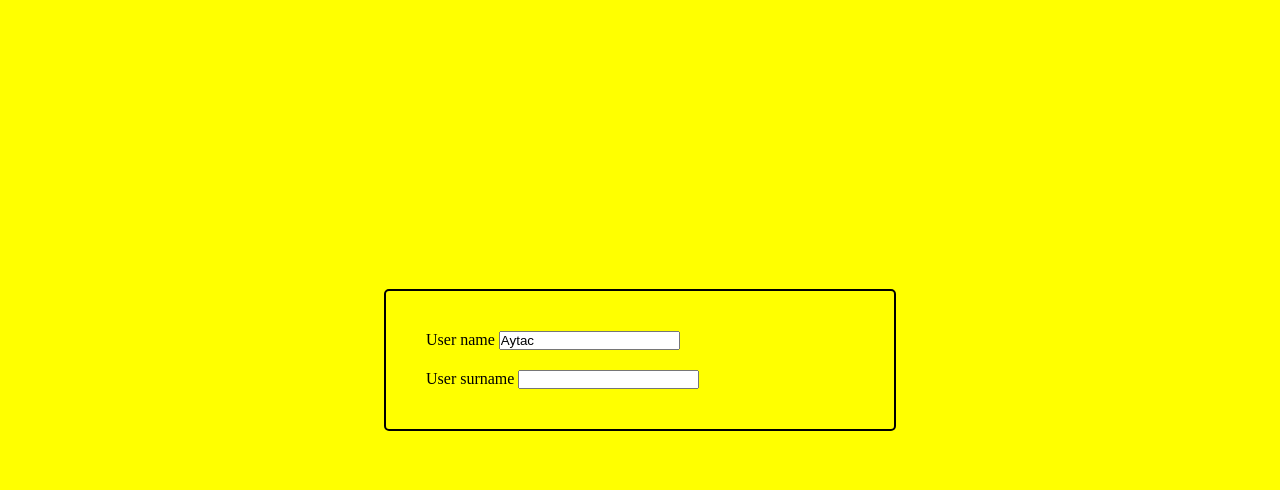
Repository: AytacSafarova/Figma--task
Page: index.html
These files come from the project's save history. The page is drawn as it stood at one moment and after a run of saves; the edit follows.
The browser window is 1280 px wide. The pictures show the whole page.

Above is the page before, as saved 2023-08-04 15:44:38.

### index.html
<!DOCTYPE html>
<html lang="en">

<head>
    <meta charset="UTF-8">
    <meta name="viewport" content="width=device-width, initial-scale=1.0">
    <title>Document</title>
    <link rel="stylesheet" href="./index.css">
</head>
<body>
    <div class="container">
     <form action="">
        <label for="user-name">
            User name
            <input placeholder="adi daxil edin" name="user-name" type="text" value="Aytac">
        </label>
        <label for="user-surname">
            User surname
            <input name="user-surname" type="text">
        </label>
     </form>
    </div>
</body>
<script src="index.js"></script>

</html>

### index.css
@import url("https://fonts.googleapis.com/css2?family=Roboto&family=Roboto+Slab:wght@700&display=swap");
* {
  margin: 0;
  padding: 0;
  box-sizing: border-box;
}
.container {
  /* padding: 214px 0 231px 121px; */
  width: 100%;
  min-height: 100vh;
  display: flex;
  justify-content:center;
  align-items: center;
  background-color: yellow;
}
.container h1 {
  color: #000;
  font-family: Roboto Slab;
  font-size: 55px;
  font-style: normal;
  font-weight: 700;
  line-height: 101.385%;
}
.container ul {
  margin-top: 62px;
  width: 672px;
}
.container ul li {
  color: #000;
  font-family: Roboto;
  font-size: 24px;
  font-style: normal;
  font-weight: 400;
  line-height: 150%;
}

/* tablet style */
@media screen and (max-width:1024px) {
  .container {
    padding: 127px 0 160px 65px;
  }
  .container h1 {
    font-size: 32px;
  }
  .container ul {
    margin-top: 20px;
    width: 398px;
  }
  .container ul li {
    font-size: 14px;
  }
}

/* mobile style */
@media screen and (max-width: 768px) {

}


span{
  background-color: violet;
  /* display: inline; */
}
.child{
  background-color: teal;
  width: 300px;
  height: 200px;
  margin-right: 20px;

  color: white;
  font-size: 40px;
}

form{
width: 40%;
padding: 40px;
border-radius: 5px;
border:  2px solid black;
display: flex;
flex-direction: column;
gap: 20px;
}

Loaded but not shown: index.js (no stored copy; drawn as an empty file)

After the next 2 saves:
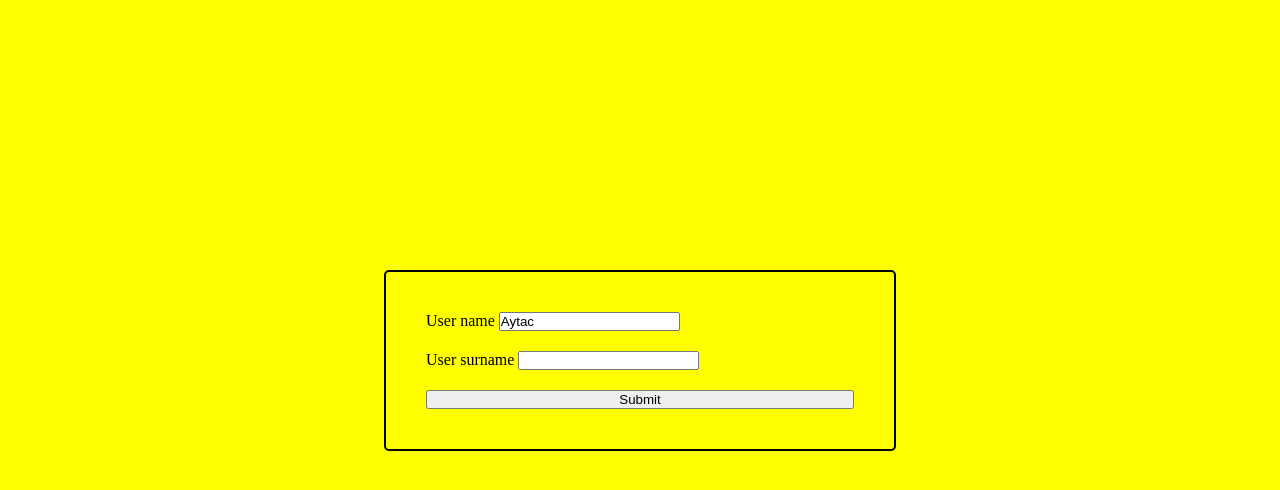
The 2 saves are shown as one change because they came seconds apart.
The last was saved 11 s later.
--- a/index.html
+++ b/index.html
@@ -18,6 +18,9 @@
             User surname
             <input name="user-surname" type="text">
         </label>
+        <button>
+            Submit
+        </button>
      </form>
     </div>
 </body>
